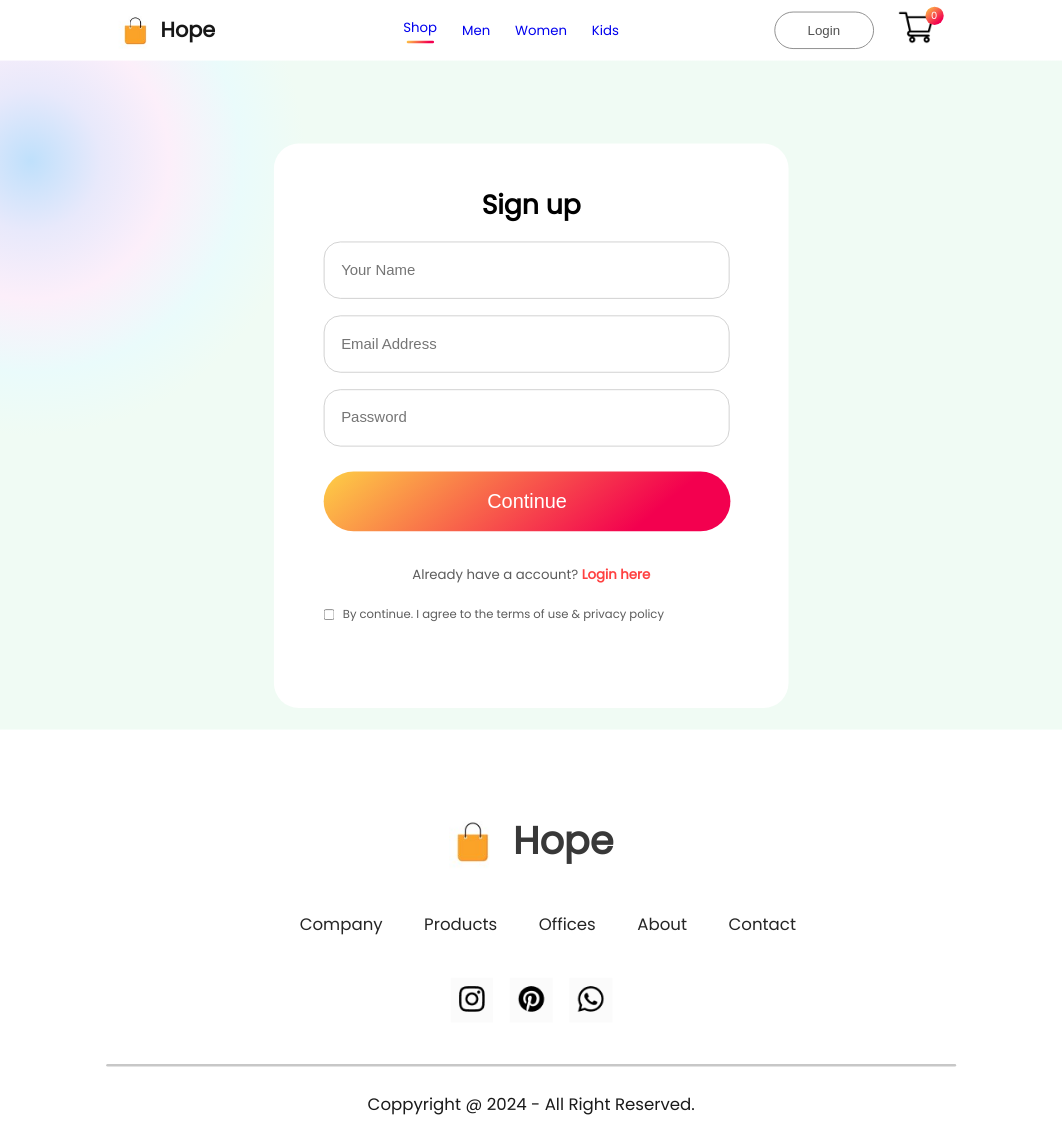
Repository: ititiu20201/Shopping-Online
Page: /login (app in my-app/)
These files come from the project's save history. The page is drawn as it stood at one moment and after the next save; the edit follows.
The browser window is 1280 px wide. The pictures show the whole page, at 83% of full size.
The project was rebuilt for these pictures with package versions that can differ from the ones it lists, and the page was loaded fresh each time. Also part of the build but not shown: my-app/src/App.css, my-app/src/Pages/CSS/ShopCategory.css, my-app/src/Components/Item/Item.css, my-app/src/Components/Item/Item.jsx, my-app/src/Pages/ShopCategory.jsx, my-app/src/Components/Hero/Hero.css, my-app/src/Components/Hero/Hero.jsx, my-app/src/Components/Popular/Popular.css and 22 more.

Above is the page before, as saved 2024-06-19 03:01:36.

### my-app/public/index.html
<!DOCTYPE html>
<html lang="en">
  <head>
    <meta charset="utf-8" />
    <link rel="icon" href="%PUBLIC_URL%/favicon.ico" />
    <meta name="viewport" content="width=device-width, initial-scale=1" />
    <meta name="theme-color" content="#000000" />
    <meta
      name="description"
      content="Web site created using create-react-app"
    />
    <link rel="apple-touch-icon" href="%PUBLIC_URL%/logo192.png" />
    <!--
      manifest.json provides metadata used when your web app is installed on a
      user's mobile device or desktop. See https://developers.google.com/web/fundamentals/web-app-manifest/
    -->
    <link rel="manifest" href="%PUBLIC_URL%/manifest.json" />
    <link rel="preconnect" href="https://fonts.googleapis.com">
    <link rel="preconnect" href="https://fonts.gstatic.com" crossorigin>
    <link href="https://fonts.googleapis.com/css2?family=Poppins&display=swap" rel="stylesheet">
    <!--
      Notice the use of %PUBLIC_URL% in the tags above.
      It will be replaced with the URL of the `public` folder during the build.
      Only files inside the `public` folder can be referenced from the HTML.

      Unlike "/favicon.ico" or "favicon.ico", "%PUBLIC_URL%/favicon.ico" will
      work correctly both with client-side routing and a non-root public URL.
      Learn how to configure a non-root public URL by running `npm run build`.
    -->
    <title>ShoppingApp</title>
  </head>
  <body>
    <noscript>You need to enable JavaScript to run this app.</noscript>
    <div id="root"></div>
    <!--
      This HTML file is a template.
      If you open it directly in the browser, you will see an empty page.

      You can add webfonts, meta tags, or analytics to this file.
      The build step will place the bundled scripts into the <body> tag.

      To begin the development, run `npm start` or `yarn start`.
      To create a production bundle, use `npm run build` or `yarn build`.
    -->
  </body>
</html>

### my-app/src/index.js
import React from 'react';
import ReactDOM from 'react-dom/client';
import './index.css';
import App from './App';

import ShopContextProvider from './Context/ShopContext';

const root = ReactDOM.createRoot(document.getElementById('root'));
root.render(
  <ShopContextProvider>
    <App />
  </ShopContextProvider>
);

### my-app/src/index.css
*{
  margin: 0;
}
body {
  margin: 0;
  -webkit-font-smoothing: antialiased;
  -moz-osx-font-smoothing: grayscale;
  font-family: 'poppins';
}

code {
  font-family: source-code-pro, Menlo, Monaco, Consolas, 'Courier New',
    monospace;
}

### my-app/src/App.js

import './App.css';
import Navbar from './Components/Navbar/Navbar';
import { BrowserRouter,Routes,Route } from 'react-router-dom';
import ShopCategory from './Pages/ShopCategory';
import LoginSignup from './Pages/LoginSignup';
import Shop from './Pages/Shop';
import Product from './Pages/Product';
import Cart from './Pages/Cart';
import Footer from './Components/Footer/Footer';
import men_banner from './Components/Assets/banner_mens.png'
import women_banner from './Components/Assets/banner_women.png'
import kid_banner from './Components/Assets/banner_kids.png'

function App() {
  return (
    <div>
      <BrowserRouter>
      <Navbar/>
      <Routes>
        <Route path='/' element={<Shop/>}/>
        <Route path='/mens' element={<ShopCategory banner={men_banner} category="men"/>}/>
        <Route path='/womens' element={<ShopCategory banner={women_banner} category="women"/>}/>
        <Route path='/kids' element={<ShopCategory banner={kid_banner} category="kid"/>}/>
        <Route path="/product" element={<Product/>}>
          <Route path=':productId' element={<Product/>}/>
        </Route>
        <Route path='/cart' element={<Cart/>}/>
        <Route path='/login' element={<LoginSignup/>}/>
      </Routes>
      <Footer/>
      </BrowserRouter>
    </div>
  );
}

export default App;

### my-app/src/Context/ShopContext.jsx
import React, { createContext, useState } from "react";
import all_product from "../Components/Assets/all_product"

export const ShopContext = createContext(null);
const getDefaultCart = ()=>{
    let cart = {};
    for (let index = 0; index < all_product.length+1; index++) {
        cart[index] = 0;
    }
    return cart;
}

const ShopContextProvider = (props) =>{
    const [cartItems,setCartItems] = useState(getDefaultCart());

    const addToCart = (itemId) =>{
        setCartItems((prev)=>({...prev,[itemId]:prev[itemId]+1}))
        console.log(cartItems);
    }

    const removeFromCart = (itemId) =>{
        setCartItems((prev)=>({...prev,[itemId]:prev[itemId]-1}))
    }

    const getTotalCartAmount = () => {
        let totalAmount = 0;
        for(const item in cartItems)
        {
            if(cartItems[item]>0)
            {
                let itemInfo = all_product.find((product)=>product.id===Number(item))
                totalAmount += itemInfo.new_price * cartItems[item];
            }
        }
        return totalAmount;
    }

    const getTotalCartItems = () =>{
        let totalItem = 0;
        for(const item in cartItems)
        {
            if(cartItems[item]>0){
                totalItem += cartItems[item];
            }
        }
        return totalItem;
    }

    const contextValue = {getTotalCartItems,getTotalCartAmount,all_product,cartItems,addToCart,removeFromCart};

    return (
        <ShopContext.Provider value={contextValue}>
            {props.children}
        </ShopContext.Provider>
    )
}

export default ShopContextProvider;

### my-app/src/Components/Navbar/Navbar.jsx
import React, { useContext, useState, useRef } from "react";
import "./Navbar.css";
import logo from "../Assets/Screenshot 2024-06-18 at 18.22.25.jpg";
import cart_icon from "../Assets/cart_icon.png";
import { Link } from "react-router-dom";
import { ShopContext } from "../../Context/ShopContext";
import nav_dropdown from "../Assets/nav_dropdown.png";

const Navbar = () => {
  const [menu, setMenu] = useState("shop");
  const { getTotalCartItems } = useContext(ShopContext);
  const menuRef = useRef();

  const dropdown_toggle = (e) => {
    menuRef.current.classList.toggle("nav-menu-visible");
    e.target.classList.toggle("open");
  };

  return (
    <div className="navbar">
      <div className="nav-logo">
        <img src={logo} alt="" />
        <p>Hope</p>
      </div>
      <img
        className="nav-dropdown"
        onClick={dropdown_toggle}
        src={nav_dropdown}
        alt=""
      />
      <ul ref={menuRef} className="nav-menu">
        <li
          onClick={() => {
            setMenu("shop");
          }}
        >
          <Link style={{ textDecoration: "none" }} to="/">
            Shop
          </Link>
          {menu === "shop" ? <hr /> : <></>}
        </li>
        <li
          onClick={() => {
            setMenu("mens");
          }}
        >
          <Link style={{ textDecoration: "none" }} to="/mens">
            Men
          </Link>
          {menu === "mens" ? <hr /> : <></>}
        </li>
        <li
          onClick={() => {
            setMenu("womens");
          }}
        >
          <Link style={{ textDecoration: "none" }} to="womens">
            Women
          </Link>
          {menu === "womens" ? <hr /> : <></>}
        </li>
        <li
          onClick={() => {
            setMenu("kids");
          }}
        >
          <Link style={{ textDecoration: "none" }} to="/kids">
            Kids
          </Link>
          {menu === "kids" ? <hr /> : <></>}
        </li>
      </ul>
      <div className="nav-login-cart">
        <Link to="/login">
          <button>Login</button>
        </Link>
        <Link to="/cart">
          <img src={cart_icon} alt="" />
        </Link>
        <div className="nav-cart-count">{getTotalCartItems()}</div>
      </div>
    </div>
  );
};

export default Navbar;

### my-app/src/Pages/LoginSignup.jsx
import React, { useState } from "react";
import "./CSS/LoginSignup.css";

const LoginSignup = () => {
  const [state, setState] = useState("Sign up");

  return (
    <div className="loginsignup">
      <div className="loginsignup-container">
        <h1>{state}</h1>
        <div className="loginsignup-fields">
          <input type="text" placeholder="Your Name" />
          <input type="email" placeholder="Email Address" />
          <input type="password" placeholder="Password" />
        </div>
        <button>Continue</button>
        <p className="loginsignup-login">
          Already have a account? <span>Login here</span>
        </p>
        <div className="loginsignup-agree">
          <input type="checkbox" name="" id="" />
          <p>By continue. I agree to the terms of use & privacy policy</p>
        </div>
      </div>
    </div>
  );
};

export default LoginSignup;

### my-app/src/Components/Footer/Footer.jsx
import React from "react";
import "./Footer.css";
import footer_logo from "../Assets/Screenshot 2024-06-18 at 18.22.25.jpg";
import instagram_icon from "../Assets/instagram_icon.png";
import pintester_icon from "../Assets/pintester_icon.png";
import whatsapp_icon from "../Assets/whatsapp_icon.png";

const Footer = () => {
  return (
    <div className="footer">
      <div className="footer-logo">
        <img src={footer_logo} alt="" />
        <p>Hope</p>
      </div>
      <ul className="footer-links">
        <li>Company</li>
        <li>Products</li>
        <li>Offices</li>
        <li>About</li>
        <li>Contact</li>
      </ul>
      <div className="footer-social-icon">
        <div className="footer-icons-container">
          <img src={instagram_icon} alt="" />
        </div>
        <div className="footer-icons-container">
          <img src={pintester_icon} alt="" />
        </div>
        <div className="footer-icons-container">
          <img src={whatsapp_icon} alt="" />
        </div>
      </div>
      <div className="footer-copyright">
        <hr />
        <p>Coppyright @ 2024 - All Right Reserved.</p>
      </div>
    </div>
  );
};

export default Footer;

### my-app/src/Components/Navbar/Navbar.css
.navbar{
    display: flex;
    justify-content: space-around;
    padding: 16px;
    box-shadow: 0 1px 3px -2px black;
}
.nav-logo{
    display: flex;
    align-items: center;
    gap: 10px;
}
.nav-logo p{
    color: #171717;
    font-size: 38px;
    font-weight: 600;
}
.nav-menu{
    display: flex;
    align-items: center;
    list-style: none;
    gap: 50px;
    color: #626262;
    font-size: 20px;
    font-weight: 500;
}

.nav-menu li{
    display: flex;
    flex-direction: column;
    align-items: center;
    justify-content: center;
    gap: 3px;
    cursor: pointer;
}
.nav-menu hr{
    border: none;
    width: 80%;
    height: 3px;
    border-radius: 10px;
    background: linear-gradient(319.6deg, rgb(243, 0, 79) 20.5%, rgb(255, 236, 68) 110.9%);
}
.nav-login-cart{
    display: flex;
    align-items: center;
    gap: 45px;
}
.nav-login-cart button{
    width: 157px;
    height: 58px;
    outline: none;
    border: 1px solid #7a7a7a;
    border-radius: 75px;
    color: #515151;
    font-size: 20px;
    font-weight: 500;
    background: white;
    cursor: pointer;
}
.nav-login-cart button:active{
    background: #f3f3f3;
}
.nav-cart-count{
    width: 22px;
    height: 22px;
    display: flex;
    justify-content: center;
    align-items: center;
    margin-top: -35px;
    margin-left: -55px;
    border-radius: 11px;
    background: linear-gradient(319.6deg, rgb(243, 0, 79) 20.5%, rgb(255, 236, 68) 110.9%);
    color: white;
}
.nav-dropdown{
    display: none;
}
@media(max-width:1280px){
    .navbar{
        padding: 12px 50px;
    }
    .nav-logo img{
        width: 40px;
    }
    .nav-logo p{
        font-size: 25px;
    }
    .nav-menu{
       gap: 30px;
       font-size: 16px;
    }
    .nav-login-cart{
        gap: 30px;
    }
    .nav-login-cart button{
        width: 120px;
        height: 45px;
        font-size: 16px;
    }
    .nav-cart-count{
        margin-left: -40px;
        font-size: 12px;
    }
}
@media(max-width:1024px){
    .navbar{
        padding: 12px 30px;
    }
    .nav-menu{
        gap: 25px;
        font-size: 14px;
    }
    .nav-login-cart button{
        width: 80px;
        height: 35px;
        font-size: 14px;
    }
    .nav-login-cart img{
        width: 30px;
    }
    .nav-cart-count{
        width: 18px;
        height: 18px;
    }
}
@media(max-width:800px){
    .navbar{
        padding: 10px 0px;
    }
    .nav-dropdown{
        display: block;
        width: 30px;
        rotate: -90deg;
        transition: 0.5s;
    }
    .nav-menu{
        display: none;
        height: 80px;
        width: 100%;
        position: absolute;
        background-color: white;
        justify-content: center;
        top: 50px;
    }
    .nav-menu-visible{
        display: flex;
    }
    .nav-dropdown.open{
        transform: rotate(90deg);
    }
}
@media(max-width:500px)  {
    .navbar{
        padding: 8px 0px;
        gap: 0;
    }
    .nav-logo{
        transform: scale(0.8);
    }
    .nav-menu{
        height: 70px;
        top: 50px;
    }
    .nav-login-cart{
        transform: scale(0.8);
    }
}

### my-app/src/Pages/CSS/LoginSignup.css
.loginsignup{
    width: 100%;
    height: 105vh;
    background: radial-gradient(328px at 2.9% 15%, rgb(191, 224, 251) 0%, rgb(232, 233, 251) 25.8%, rgb(252, 239, 250) 50.8%, rgb(234, 251, 251) 77.6%, rgb(240, 251, 244) 100.7%);
    padding-top: 100px;
    margin-bottom: 100px;
}
.loginsignup-container{
    width: 580px;
    height: 650px;
    background: white;
    margin: auto;
    padding: 40px 60px;
    border-radius: 30px 30px 30px 30px;
}
.loginsignup-container h1{
    text-align: center;
    margin: 20px 0px;
    font-weight: bold;
}
.loginsignup-fields{
    display: flex;
    flex-direction: column;
    gap: 29px;
    margin-top: 30px;
}
.loginsignup-fields input{
    height: 72px;
    width: 100%;
    padding-left: 20px;
    border: 1px solid #c9c9c9;
    outline: none;
    color: #5c5c5c;
    font-size: 18px;
    border-radius: 20px 20px 20px 20px;
}
.loginsignup-container button{
    width: 600px;
    height: 72px;
    color: white;
    background: linear-gradient(319.6deg, rgb(243, 0, 79) 20.5%, rgb(255, 236, 68) 110.9%);
    margin-top: 30px;
    border: none;
    font-size: 24px;
    font-weight: 500;
    cursor: pointer;
    border-radius: 50px 50px 50px 50px;
}
.loginsignup-login{
    margin-top: 40px;
    color: #5c5c5c;
    font-size: 18px;
    font-weight: 500;
    text-align: center;
}
.loginsignup-login span{
    color: #ff4141;
    font-weight: 600;
}
.loginsignup-agree{
    display: flex;
    align-items: center;
    margin-top: 25px;
    gap: 20px;
    color: #5c5c5c;
    font-size: 18px;
    font-weight: 500;
}
@media(max-width:1280px){
    .loginsignup{
        padding-top: 50px;
    }
    .loginsignup-container{
        width: auto;
        max-width: 500px;
        max-height: 600px;
        margin-top: 50px;
    }
    .loginsignup-container h1{
        margin: 10px 0px;
    }
    .loginsignup-fields{
        gap: 20px;
        margin-top: 20px;
    }
    .loginsignup-fields input{
        height: 65px;
        width: 93%;
    }
    .loginsignup-container button{
        width: 98%;
    }
    .loginsignup-login{
        font-size: 16px;
    }
    .loginsignup-agree{
        font-size: 14px;
        gap: 10px;
    }
}
@media(max-width:800px){
    .loginsignup-container{
        padding: 20px 30px;
    }
    .loginsignup-container h1{
        font-size: 24px;
    }
    .loginsignup-fields{
        margin-top: 20px;
    }
    .loginsignup-fields input{
        height: 50px;
    }
    .loginsignup-container button{
        height: 50px;
        font-size: 16px;
        width: 100%;
    }
}

### my-app/src/Components/Footer/Footer.css
.footer{
    display: flex;
    flex-direction: column;
    justify-content: center;
    align-items: center;
    gap: 50px;
}

.footer-logo{
    display: flex;
    align-items: center;
    gap: 20px;
}

.footer-logo p{
    color: #383838;
    font-size: 46px;
    font-weight: 700;
}

.footer-links{
    display: flex;
    list-style: none;
    gap: 50px;
    color: #252525;
    font-size: 20px;
}

.footer-links li{
    cursor: pointer;
}

.footer-social-icon{
    display: flex;
    gap: 20px;
}

.footer-icons-container{
    padding: 10px;
    padding-bottom: 6px;
    background: #fbfbfb;
    border: 1px dolid #ebebeb;
}

.footer-copyright{
    display: flex;
    flex-direction: column;
    align-items: center;
    gap: 30px;
    width: 100%;
    margin-bottom: 30px;
    color: #1a1a1a;
    font-size: 20px;
}

.footer-copyright hr{
    width: 80%;
    border: none;
    border-radius: 10px;
    height: 3px;
    background: #c7c7c7;
}
@media(max-width:800px){
    .footer{
        gap: 20px;
    }
    .footer-logo{
        gap: 10px;
        align-items: end;
    }
    .footer-logo img{
        width: 40px;
    }
    .footer-logo p{
        font-size: 25px;
    }
    .footer-links{
        font-size: 14px;
        gap: 10px;
    }
    .footer-social-icon img{
        width: 22px;
    }
    .footer-copyright{
        font-size: 13px;
    }
}

Loaded but not shown: my-app/src/Components/Assets/all_product.js (329 lines, source omitted)

After the next save:
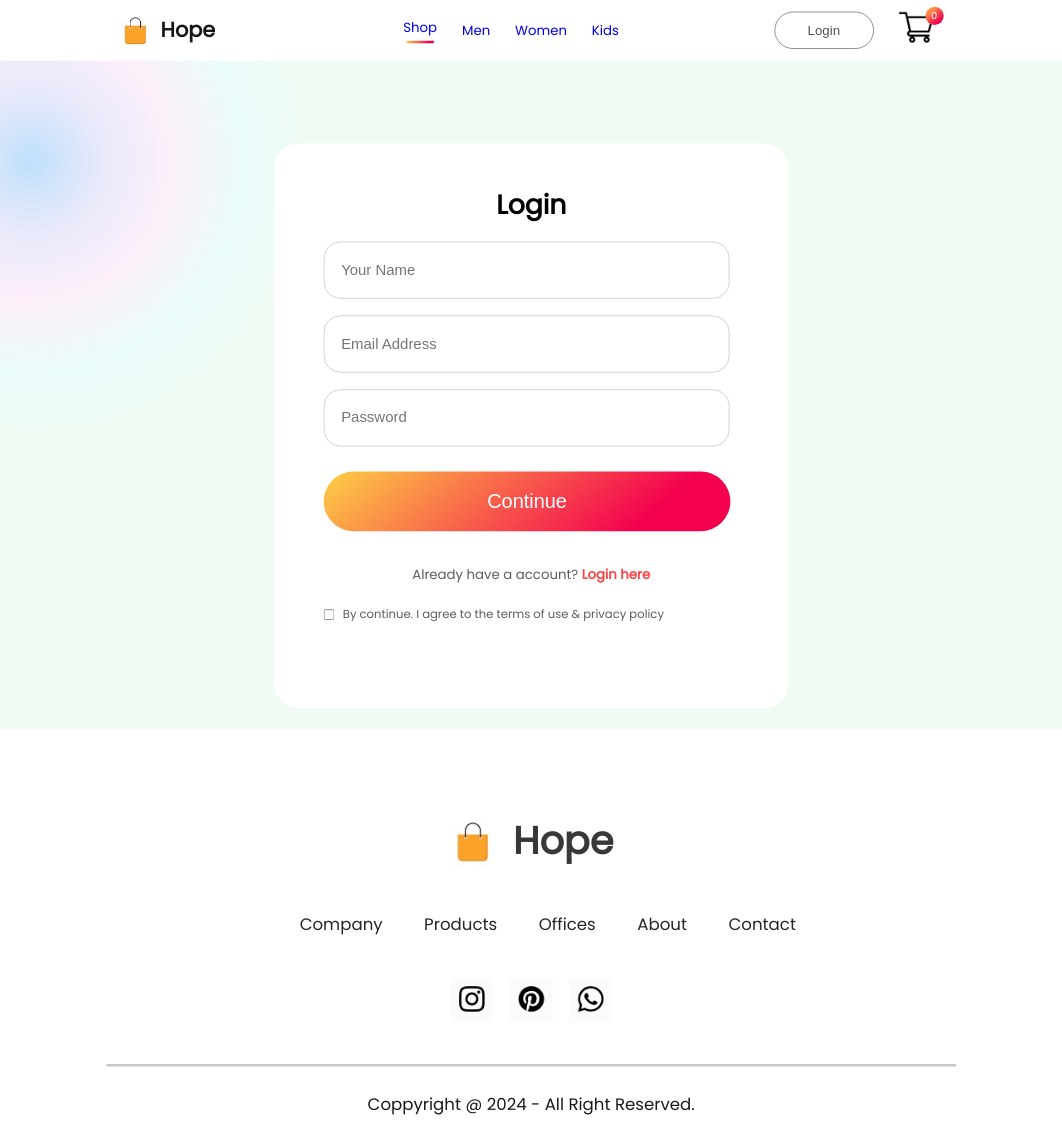
Saved 34 s later.
--- a/my-app/src/Pages/LoginSignup.jsx
+++ b/my-app/src/Pages/LoginSignup.jsx
@@ -2,7 +2,7 @@ import React, { useState } from "react";
 import "./CSS/LoginSignup.css";
 
 const LoginSignup = () => {
-  const [state, setState] = useState("Sign up");
+  const [state, setState] = useState("Login");
 
   return (
     <div className="loginsignup">
